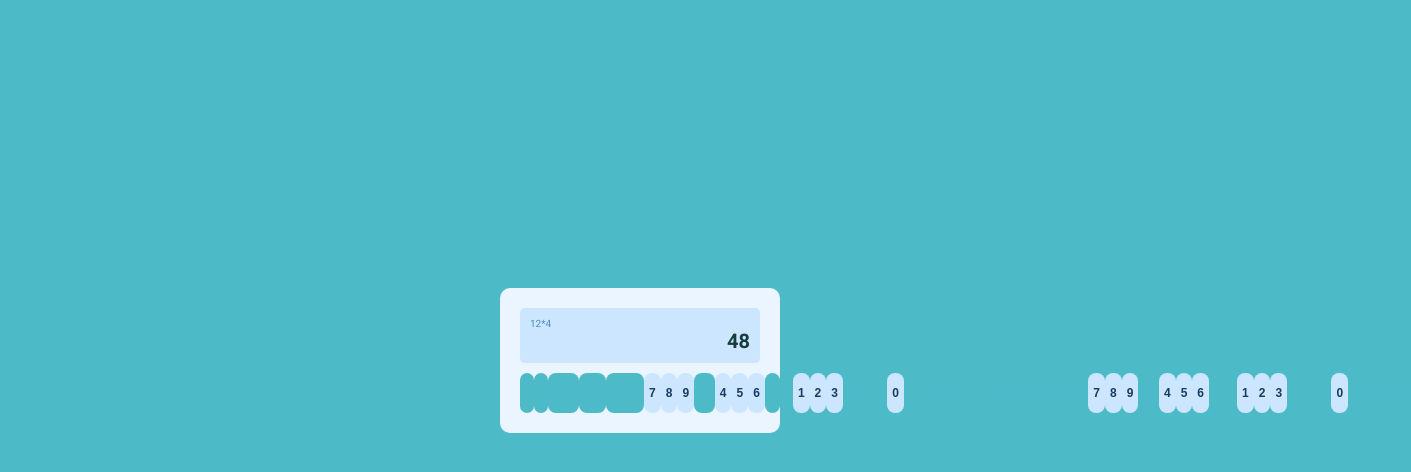
Repository: Herinyhert/Calculate-infix-a-postfix
Page: index.html
The author's editor kept a copy of each file at every save. The page is drawn from the files as they stood at one save, then again after the next save.
The browser window is 1280 px wide. The page is 1411 px wide, so the pictures cover 1411 px, including what lies to the right of the window. The pictures show the whole page.

Above is the page before, as saved 2023-11-02 19:29:14.

After the next save:
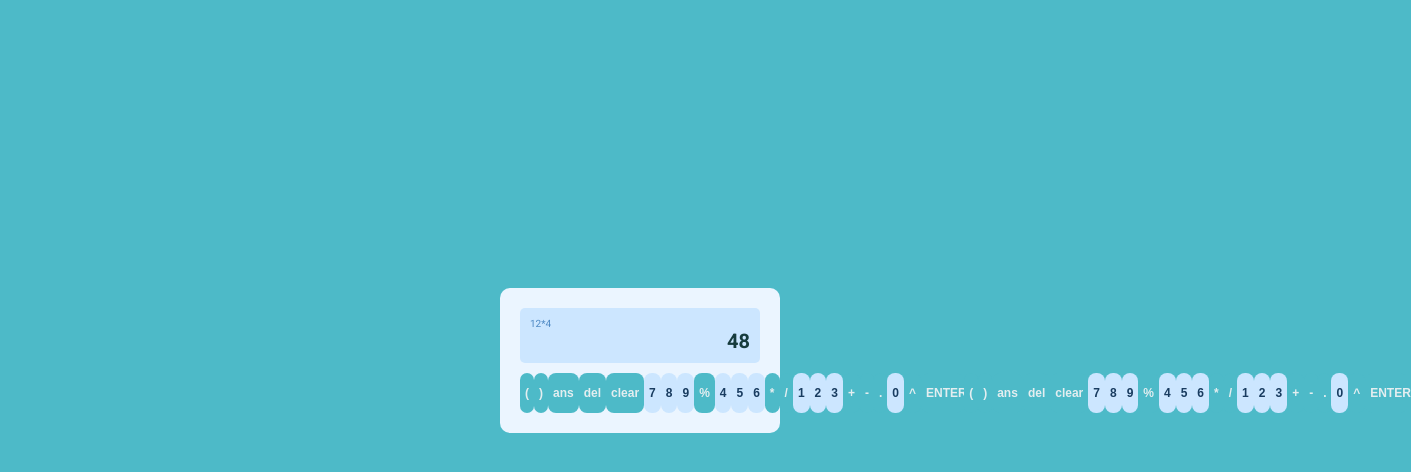
Saved 8 s later.
--- a/css/index.css
+++ b/css/index.css
@@ -50,5 +50,5 @@ body{
 }
 .dark{
     background-color: #4dbac8;
-    color:#4dbac8;
+    color:#e4eef0;
 }
